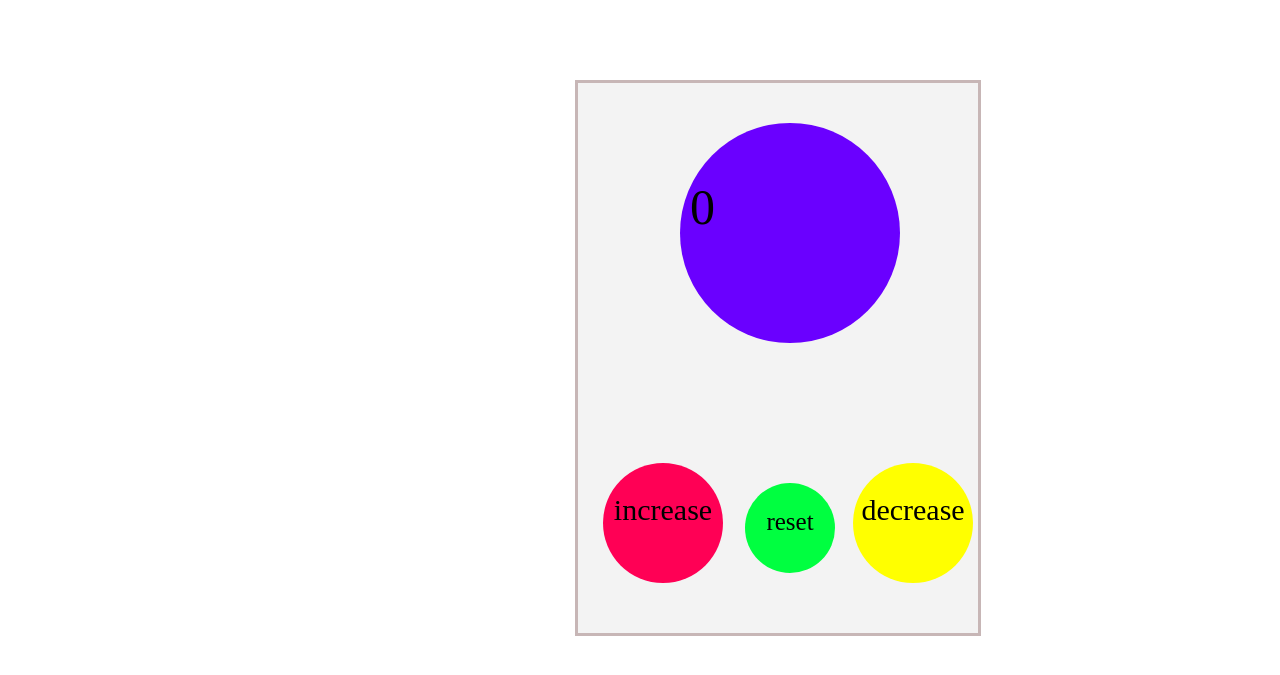
Repository: sara55m/Counter_App
Page: index.html
An editor plug-in stored every save of this project. The page is shown before and after the next save, followed by the edit.
The browser window is 1280 px wide. The pictures show the whole page.

Above is the page before, as saved 2024-07-30 03:55:27.

After the next save:
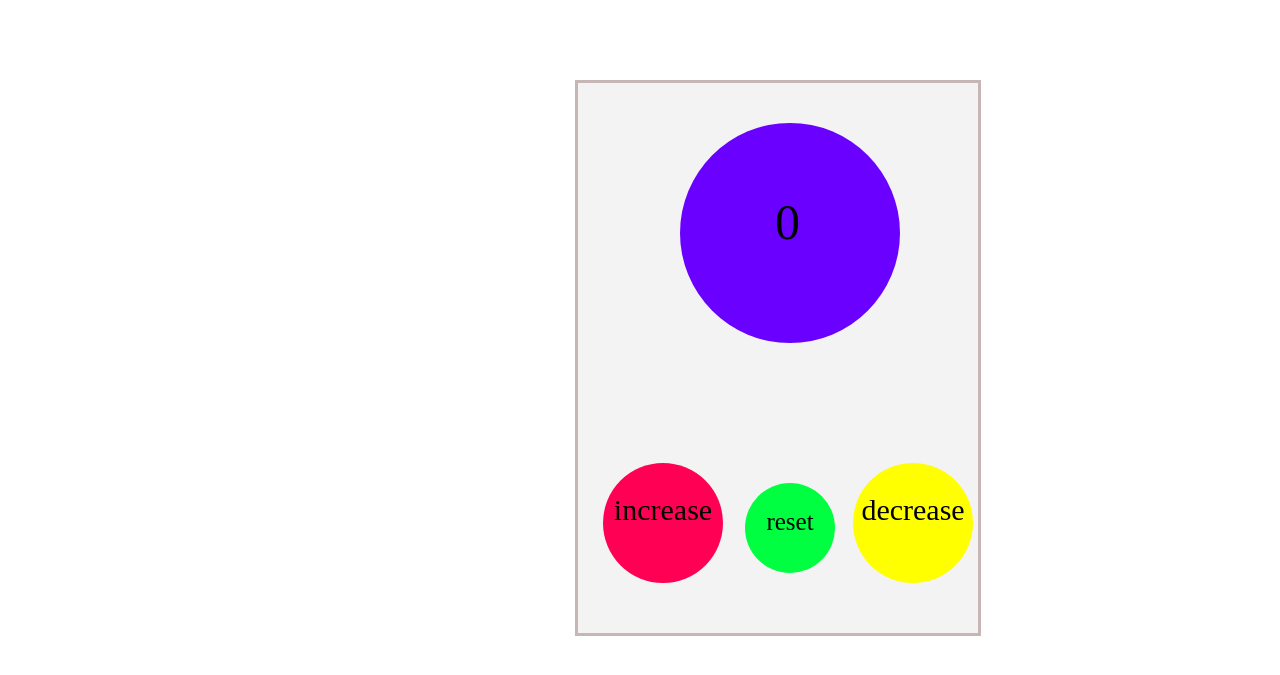
Saved 62 s later.
--- a/css/style.css
+++ b/css/style.css
@@ -9,8 +9,8 @@
 }
 p.one{
     position:absolute;
-    top: 5px;
-    left:10px;
+    top: 20px;
+    left:95px;
 
 }
 
